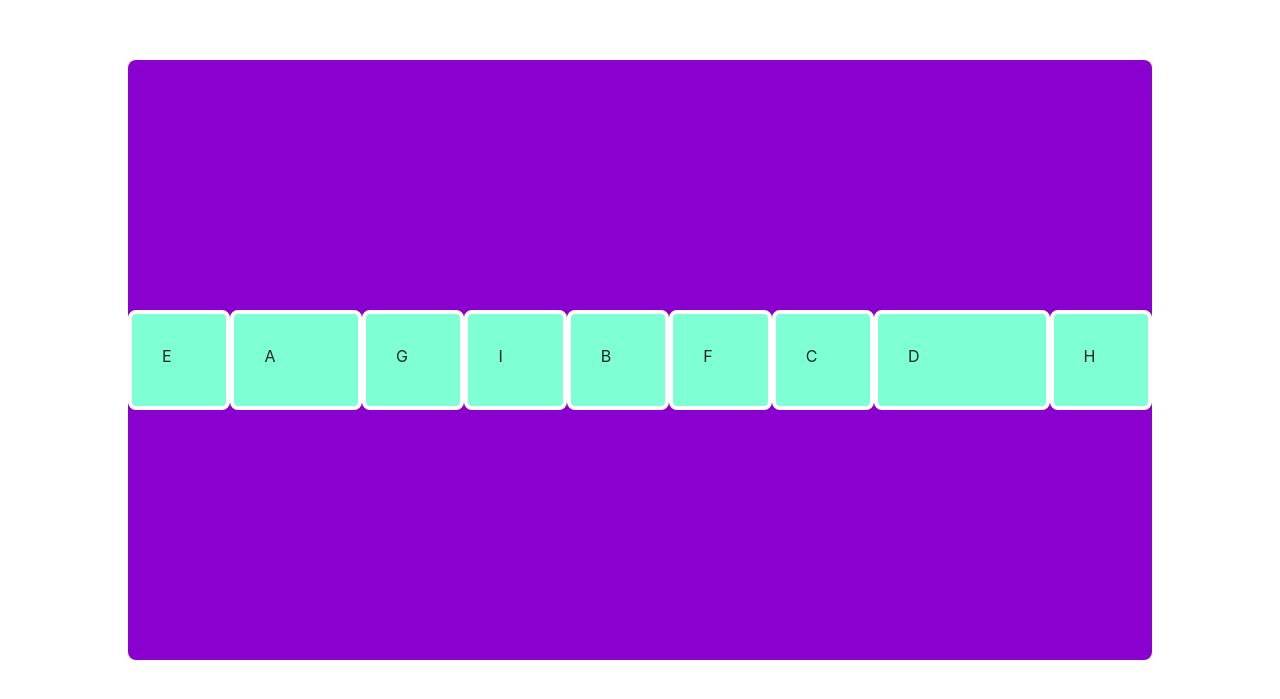
Repository: alessandradiamantino/Curso-Front-End-Design
Page: 1 - Introdução ao HTML e CSS/3 - Layouts, Grids e Flexbox/Bootstrap Grid system/index.html
An editor plug-in stored every save of this project. The page is shown before and after the next save, followed by the edit.
The browser window is 1280 px wide. The pictures show the whole page.

Above is the page before, as saved 2023-04-24 13:45:19.

### 1 - Introdução ao HTML e CSS/3 - Layouts, Grids e Flexbox/Bootstrap Grid system/index.html
<!DOCTYPE html>
<html lang="en">
<head>
  <meta charset="UTF-8">
  <meta http-equiv="X-UA-Compatible" content="IE=edge">
  <meta name="viewport" content="width=device-width, initial-scale=1.0">
  <link rel="stylesheet" href="css/bootstrap.min.css">
  <link rel="stylesheet" href="css/style.css">
  <title>Document</title>
</head>

<body>
 <!--
  <div class="my-box container justify-content-center"> <!-- container responsivo
  <div class="row">
    <div class="col-sm- col-lg-3 div-1">DIV 1</div>
    <div class="col-sm- col-lg-2 div-2">DIV 2</div>
    <div class="col-sm- col-lg-2 div-3">DIV 3</div>
  </div>
   </div>
-->
   <div class="my-container">
    <div class="my-item order-1 grow-2" >
      A
    </div>
    <div class="my-item order-2" >
      B
    </div>
    <div class="my-item order-3" >
      C
    </div>
    <div class="my-item order-4 grow-5" >
      D
    </div>
    <div class="my-item" >
      E
    </div>
    <div class="my-item order-2" >
      F
    </div>
    <div class="my-item order-1" >
      G
    </div>
    <div class="my-item order-4" >
      H
    </div><div class="my-item order-1">
      I

   </div>
</body>
</html>

### 1 - Introdução ao HTML e CSS/3 - Layouts, Grids e Flexbox/Bootstrap Grid system/css/style.css
* {
  box-sizing: border-box;
}
body {
  margin: 0;
  padding: 0;
}

.my-box{
  height: 100px;
}

.my-container{
  display: flex;
  width: 80%;
  height: 600px;
  margin: 60px auto;
  background-color: #8a00cf;
  border-radius: 8px;
  /*flex-direction: row;
  flex-wrap: wrap;*/
  flex-flow: row wrap;
  justify-content: space-between;
  align-items: flex-start;
  align-content: center;
}

.my-item {
  height: 100px;
  padding: 30px;
  background-color: aquamarine;
  border-radius: 8px;
  border: 4px solid white;
  flex-basis: 10%;
}

.order-1 {
  order: 1;
}

.order-2 {
  order: 2;
}

.order-3 {
  order: 3;
}

.order-4 {
  order: 4;
}

.grow-1{
  flex-grow: 1;
}

.grow-2{
  flex-grow: 2;
}

.grow-5{
  flex-grow: 5;
}
.my-box div {
  background-color: blueviolet;
  height: 80px;
  margin-top: 10px;
}

.my-box .div-1 {
  background-color: aquamarine;
}

.my-box .div-2 {
  background-color: bisque;
}

.my-box .div-3 {
  background-color: cornflowerblue;
}

Loaded but not shown: 1 - Introdução ao HTML e CSS/3 - Layouts, Grids e Flexbox/Bootstrap Grid system/css/bootstrap.min.css (library)

After the next save:
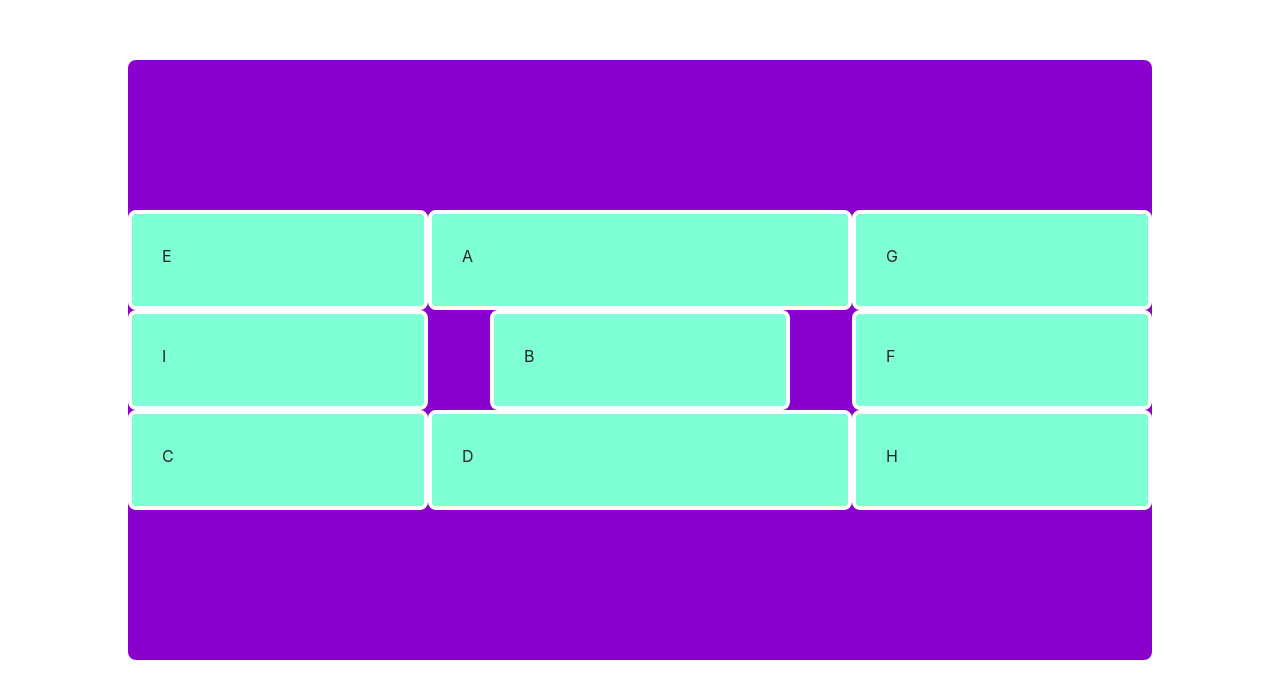
Saved 3 min 10 s later.
--- a/1 - Introdução ao HTML e CSS/3 - Layouts, Grids e Flexbox/Bootstrap Grid system/css/style.css
+++ b/1 - Introdução ao HTML e CSS/3 - Layouts, Grids e Flexbox/Bootstrap Grid system/css/style.css
@@ -31,7 +31,7 @@ body {
   background-color: aquamarine;
   border-radius: 8px;
   border: 4px solid white;
-  flex-basis: 10%;
+  flex-basis: 300px;
 }
 
 .order-1 {
